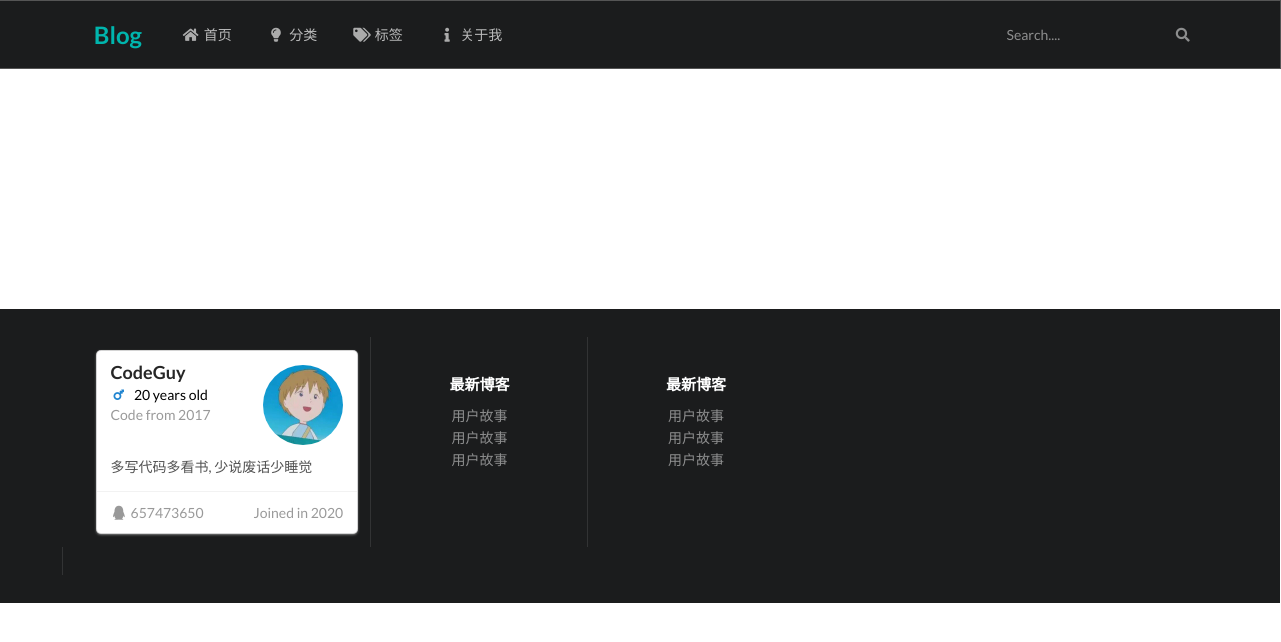
Repository: GOGOHQ/myblog
Page: index.html
An editor plug-in stored every save of this project. The page is shown before and after the next save, followed by the edit.
The browser window is 1280 px wide. The page is 1281 px wide, so the pictures cover 1281 px, including what lies to the right of the window. The pictures show the whole page.
Some web libraries are served in a nearby version.

Above is the page before, as saved 2020-01-16 15:57:55.

### index.html
<!DOCTYPE html>
<html lang="en">

<head>
    <meta charset="UTF-8">
    <meta name="viewport" content="width=device-width, inital-scale=1.0">
    <title>首页</title>
    <link rel="stylesheet" href="static/css/me.css">
    <link rel="stylesheet" href="https://cdn.jsdelivr.net/semantic-ui/2.2.4/semantic.min.css">
    <script src="https://cdn.jsdelivr.net/npm/jquery@3.2/dist/jqurey.min.js"></script>
    <script src="https://cdn.jsdelivr.net/semantic-ui/2.2.4/semantic.min.js"></script>
</head>

<body>
<!-- 导航 -->
<nav class="ui inverted  attached  segment m-padded-tb-mini">
    <div class="ui container">
        <div class="ui secondary inverted menu">
            <h2 class="ui teal header item">Blog</h2>
            <a href="#" class="item"><i class="home icon"></i>首页</a>
            <a href="#" class="item"><i class="idea icon"></i>分类</a>
            <a href="#" class="item"><i class="tags icon"></i>标签</a>
            <a href="#" class="item"><i class="info icon"></i>关于我</a>
            <div class="right item">
                <div class="ui icon  inverted transparent input">
                    <input type="text" placeholder="Search....">
                    <i class="search link icon"></i>
                </div>
            </div>
        </div>
    </div>
</nav>
<!-- 内容 -->
<div>
    <br> <br> <br> <br> <br> <br> <br> <br> <br> <br> <br> <br>
</div>
<!-- 底部 -->
<footer class="ui inverted vertical segment m-padded-tb-massive">
    <div class="ui container">
        <div class="ui inverted divided grid">
            <div class="four wide column " style="margin-left: 20px;">

                <div class="ui card">
                    <div class="content">
                        <img class="right circular floated tiny ui image" src="static/images/avatar.jpg">
                        <div class="header">
                            CodeGuy
                        </div>
                        <div class="meta">
                            <i class="icon blue mars stroke"></i>
                            <text style="color:black;">20 years old</text>
                        </div>
                        <div class="meta">
                            Code from 2017
                        </div>
                        <div class="description">
                            多写代码多看书, 少说废话少睡觉
                        </div>
                    </div>
                    <div class="extra content">
                        <a>
                            <i class="qq icon"></i>657473650
                        </a>
                        <span class="right floated">
                                    Joined in 2020
                                  </span>
                    </div>
                </div>

            </div>
            <div class="center aligned three wide column m-padded-t-middle">
                <h4 class="ui inverted header">最新博客</h4>
                <div class="ui inverted link list">
                    <a href="#" class="item">用户故事</a>
                    <a href="#" class="item">用户故事</a>
                    <a href="#" class="item">用户故事</a>
                </div>
            </div>
            <div class="center aligned three wide column m-padded-t-middle">
                <h4 class="ui inverted header">最新博客</h4>
                <div class="ui inverted link list">
                    <a href="#" class="item">用户故事</a>
                    <a href="#" class="item">用户故事</a>
                    <a href="#" class="item">用户故事</a>
                </div>
            </div>
            <div class="six wide column"></div>
        </div>
    </div>
</footer>
</body>


</html>

### static/css/me.css
.m-padded-tb-mini {
    padding-top: 0.2em !important;
    padding-bottom: 0.2em !important;
}

.m-padded-t-middle {
    padding-top: 40px !important
}

.m-padded-tb-massive {
    padding-top: 3em !important;
    padding-bottom: 3em !important;
}

After the next save:
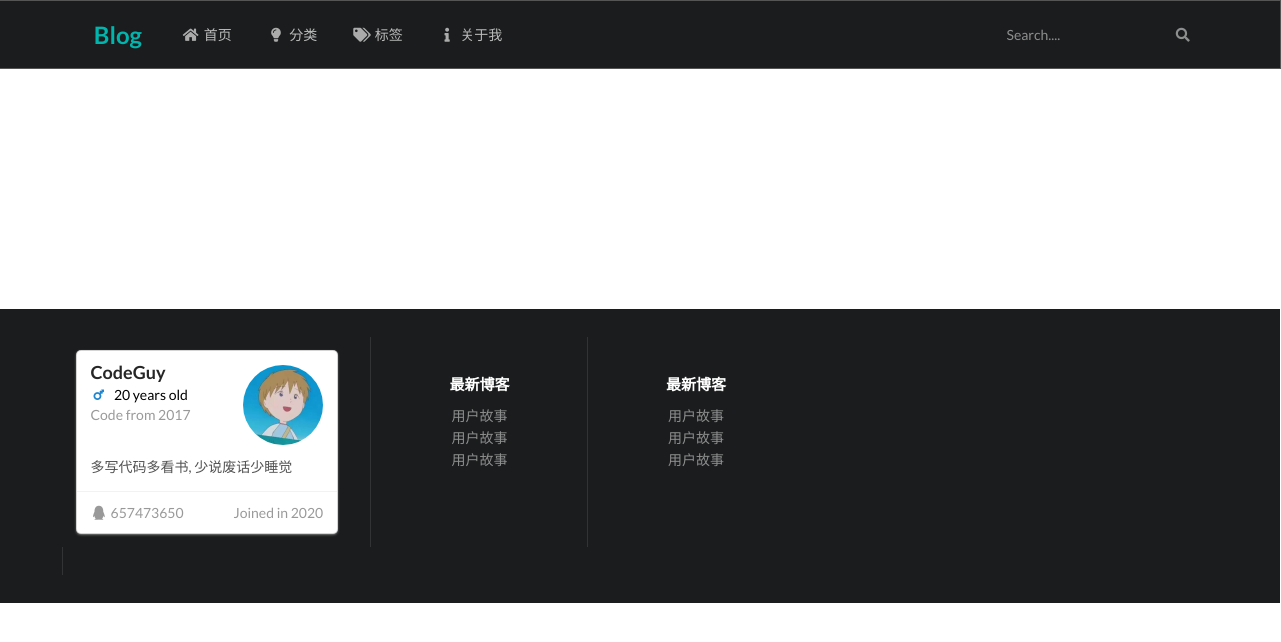
Saved 7 s later.
--- a/index.html
+++ b/index.html
@@ -38,7 +38,7 @@
 <footer class="ui inverted vertical segment m-padded-tb-massive">
     <div class="ui container">
         <div class="ui inverted divided grid">
-            <div class="four wide column " style="margin-left: 20px;">
+            <div class="four wide column " style="margin-right: 20px;">
 
                 <div class="ui card">
                     <div class="content">
